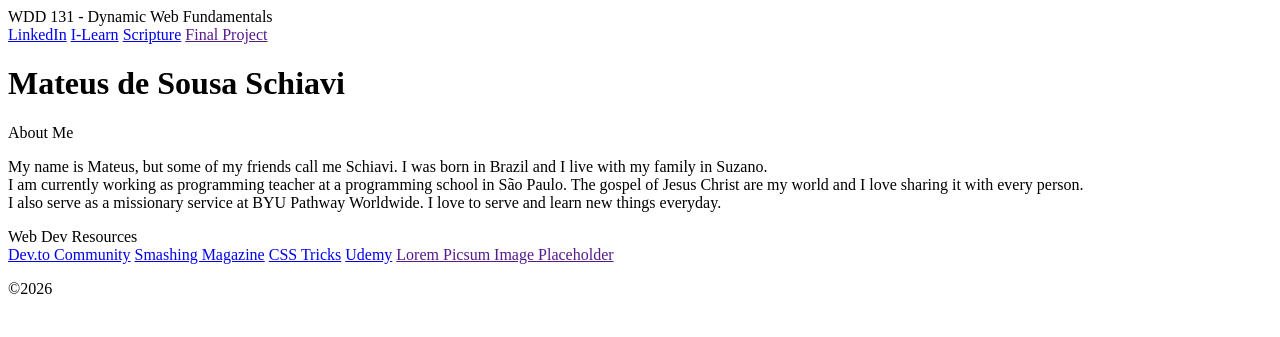
Repository: mateus-schiavi/wdd131
Page: index.html
These files come from the project's save history. The page is drawn as it stood at one moment and after the next save; the edit follows.
The browser window is 1280 px wide. The pictures show the whole page.

Above is the page before, as saved 2026-01-10 13:03:27.

### index.html
<!DOCTYPE html>
<html lang="en">
<head>
    <meta charset="UTF-8">
    <meta name="viewport" content="width=device-width, initial-scale=1.0">
    <title>WDD 131 - Dynamic Web Fundamentals - Mateus de Sousa Schiavi</title>
</head>
<body>
    <header>
        <span id="course-title">WDD 131 - Dynamic Web Fundamentals</span>
        <nav>
            <a href="https://www.linkedin.com/in/mateus-de-sousa-schiavi/" target="_blank">LinkedIn</a>
            <a href="https://byupw.instructure.com/" target="_blank">I-Learn</a>
            <a href="https://www.churchofjesuschrist.org/study/scriptures/nt/matt/24?lang=eng&id=p14#p14" target="_blank">Scripture</a>
            <a href="">Final Project</a>
        </nav>
    </header>
    <main>
        <h1>Mateus de Sousa Schiavi</h1>
        <section id="card">
            <header>About Me</header>
            <p>
                My name is Mateus, but some of my friends call me Schiavi. I was born in Brazil and I live with my family in Suzano. <br>
                I am currently working as programming teacher at a programming school in São Paulo. The gospel of Jesus Christ are my world and I love sharing it with every person. <br>
                I also serve as a missionary service at BYU Pathway Worldwide. I love to serve and learn new things everyday.
            </p>
        </section>
        <section id="card">
            <header>Web Dev Resources</header>
            <a href="https://dev.to/" target="_blank">Dev.to Community</a>
            <a href="https://www.smashingmagazine.com/" target="_blank">Smashing Magazine</a>
            <a href="https://css-tricks.com/" target="_blank">CSS Tricks</a>
            <a href="https://www.udemy.com/mobile/ipad/?persist_locale=&locale=en_US" target="_blank">Udemy</a>
            <a href="">Lorem Picsum Image Placeholder</a>
        </section>
    </main>
    <footer>
        <p>
            <span id="currenyYear">&copy2026 </span>
        </p>
    </footer>
</body>
</html>

After the next save:
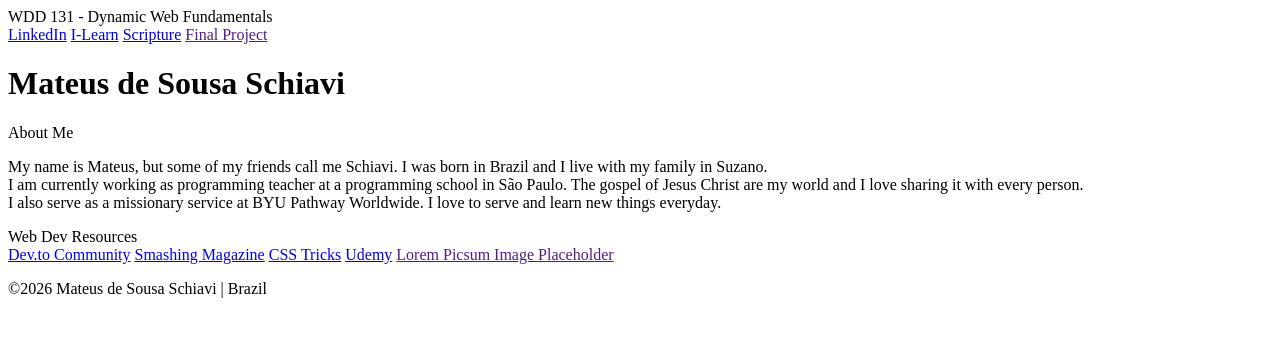
Saved 8 s later.
--- a/index.html
+++ b/index.html
@@ -36,7 +36,7 @@
     </main>
     <footer>
         <p>
-            <span id="currenyYear">&copy2026 </span>
+            <span id="currenyYear">&copy2026 Mateus de Sousa Schiavi | Brazil</span>
         </p>
     </footer>
 </body>
